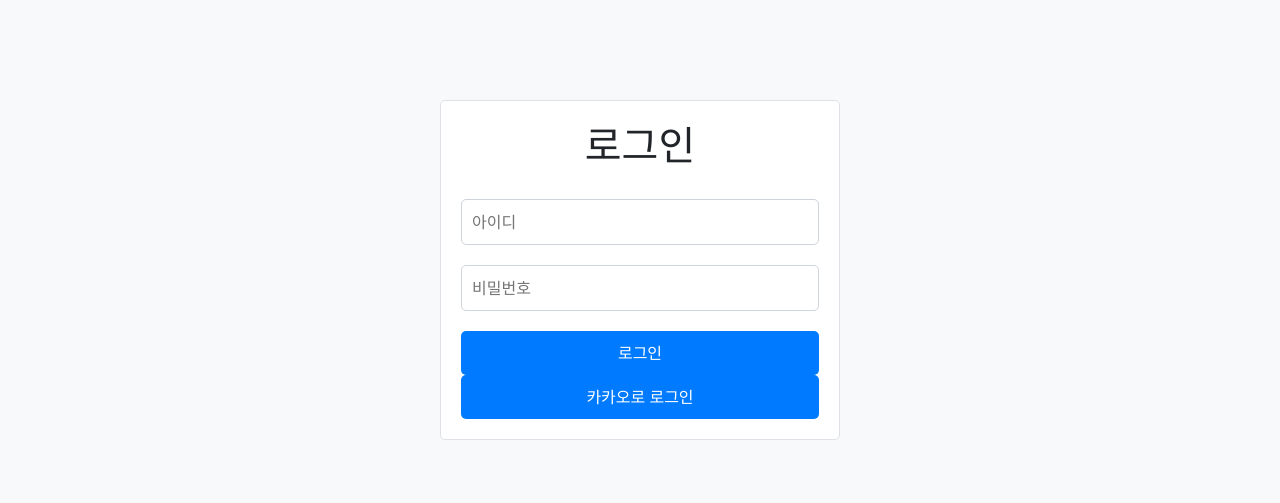
Repository: scy0814/Spring
Page: http://localhost/CYBank/jsp/login/Login.jsp
These files come from the project's save history. The page is drawn as it stood at one moment and after the next save; the edit follows.
The browser window is 1280 px wide. The pictures show the whole page.
The page is served by Tomcat 9.

Above is the page before, as saved 2023-07-02 02:36:58.

After the next save:
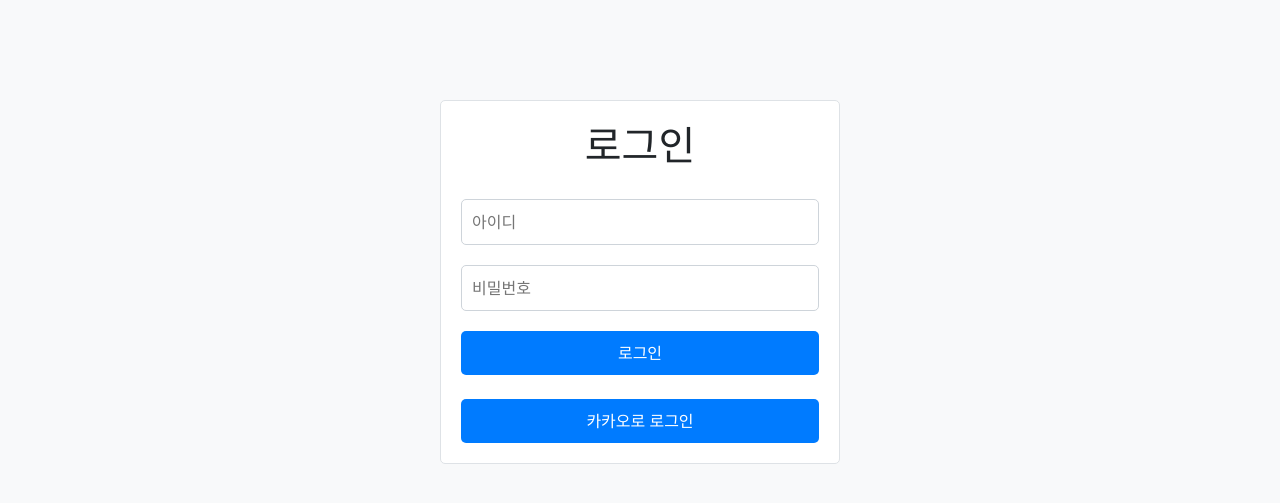
Saved 15 s later.
--- a/CYBank/src/main/webapp/jsp/login/Login.jsp
+++ b/CYBank/src/main/webapp/jsp/login/Login.jsp
@@ -79,7 +79,7 @@
                 <input type="text" name="id" placeholder="아이디">
                 <input type="password" name="password" placeholder="비밀번호">
                 <input type="submit" value="로그인">
-            </form>
+            </form><br>
             <form method="post" action="${pageContext.request.contextPath}/kakaoLogin.do">
                 <input type="submit" class="kakao-login-btn" value="카카오로 로그인">
             </form>
